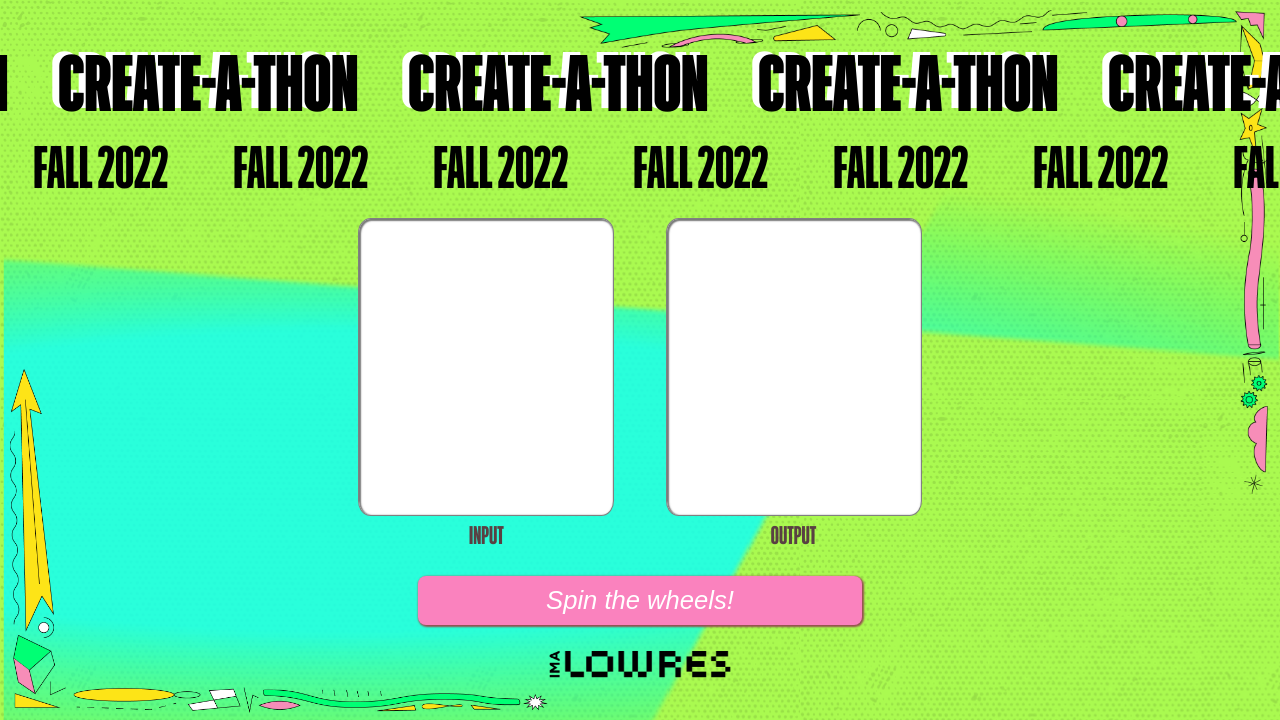
Repository: fakebrianho/IMA-Low-Res-Create-Athon-2022
Page: docs/project-generator/index.html
These files come from the project's save history. The page is drawn as it stood at one moment and after the next save; the edit follows.
The browser window is 1280 px wide. The pictures show the whole page.

Above is the page before, as saved 2022-10-26 23:47:15.
Not found: docs/project-generator/libraries/p5.dom.js
Not found: docs/project-generator/libraries/p5.js
Not found: docs/project-generator/libraries/p5.sound.js

After the next save:
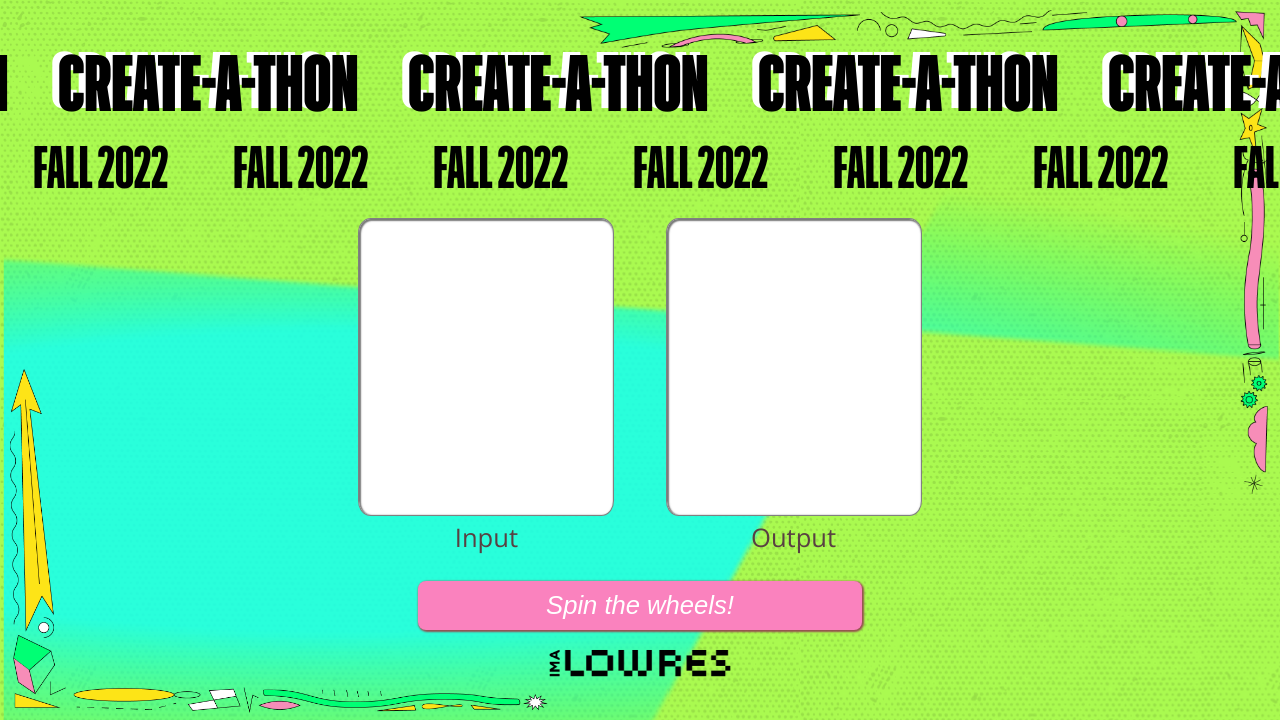
Saved 7 s later.
--- a/docs/project-generator/style.css
+++ b/docs/project-generator/style.css
@@ -13,15 +13,14 @@
 	width: 100%;
 	height: 100%;
 	box-sizing: border-box;
-	/* font-family: 'Open Sans', sans-serif; */
-	font-family: 'Bild Variable V3 Web';
-	/* font-size: 20px; */
+	font-family: 'Open Sans', sans-serif;
+	/* font-family: 'Bild Variable V3 Web';
 	font-weight: 700;
 	hyphens: true;
 	font-synthesis: none;
 	margin: 0;
 	text-transform: uppercase;
-	font-variation-settings: 'wdth' 100;
+	font-variation-settings: 'wdth' 100; */
 }
 
 section {

After the save that followed:
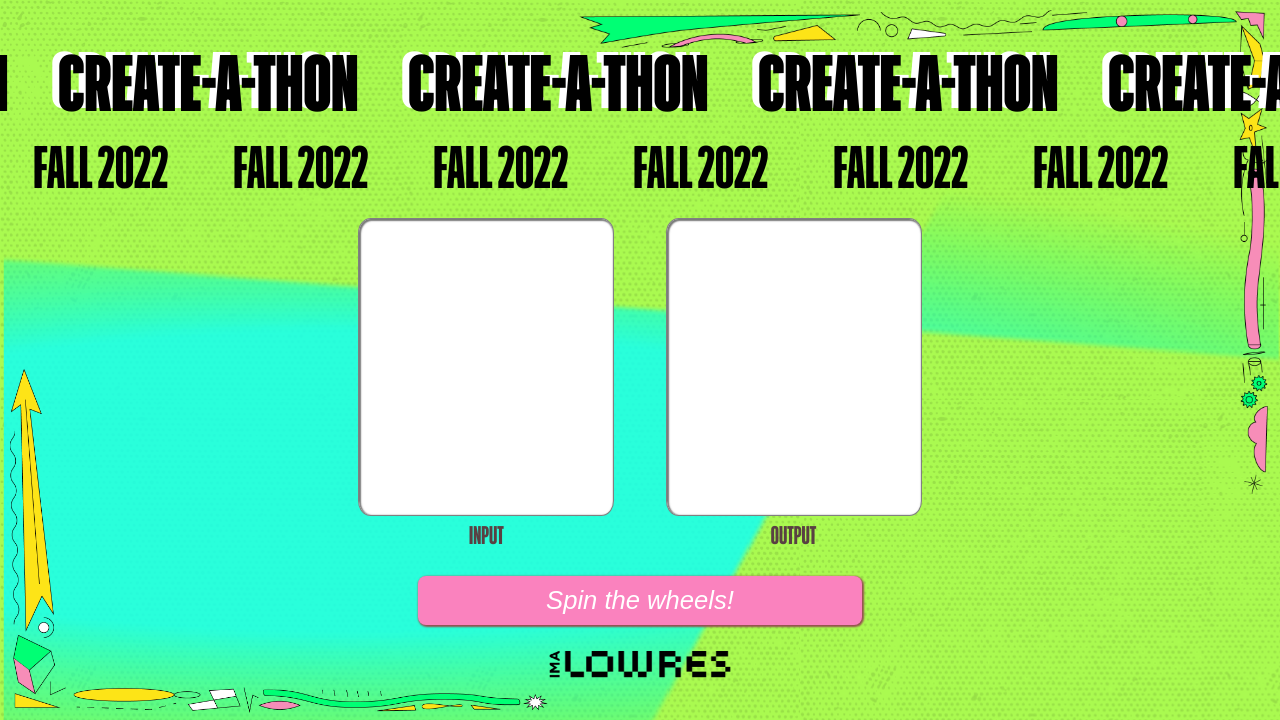
Saved 8 s later.
--- a/docs/project-generator/style.css
+++ b/docs/project-generator/style.css
@@ -14,13 +14,13 @@
 	height: 100%;
 	box-sizing: border-box;
 	font-family: 'Open Sans', sans-serif;
-	/* font-family: 'Bild Variable V3 Web';
+	font-family: 'Bild Variable V3 Web';
 	font-weight: 700;
 	hyphens: true;
 	font-synthesis: none;
 	margin: 0;
 	text-transform: uppercase;
-	font-variation-settings: 'wdth' 100; */
+	font-variation-settings: 'wdth' 100;
 }
 
 section {
